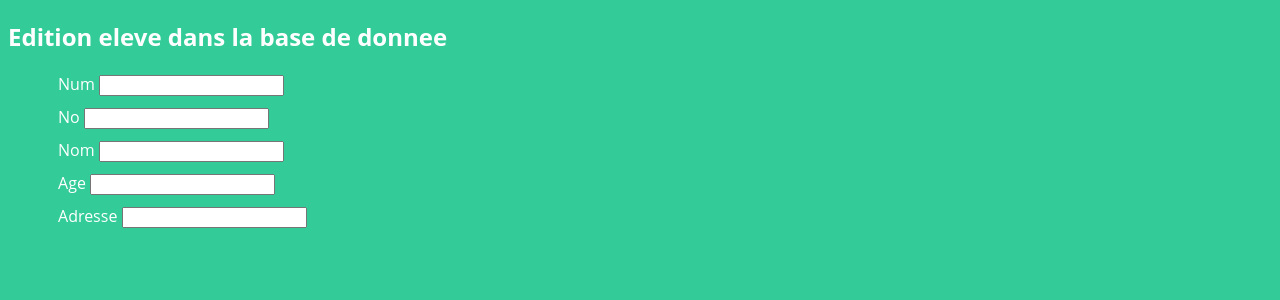
Repository: BlacKKalypso/jee-projet-workspace
Page: http://localhost/InterfaceEcole/views/eleves/edit.jsp
The author's editor kept a copy of each file at every save. The page is drawn from the files as they stood at one save, then again after the next save.
The browser window is 1280 px wide. The pictures show the whole page.
The page is served by Tomcat 9.

Above is the page before, as saved 2019-04-07 15:34:23.

After the next save:
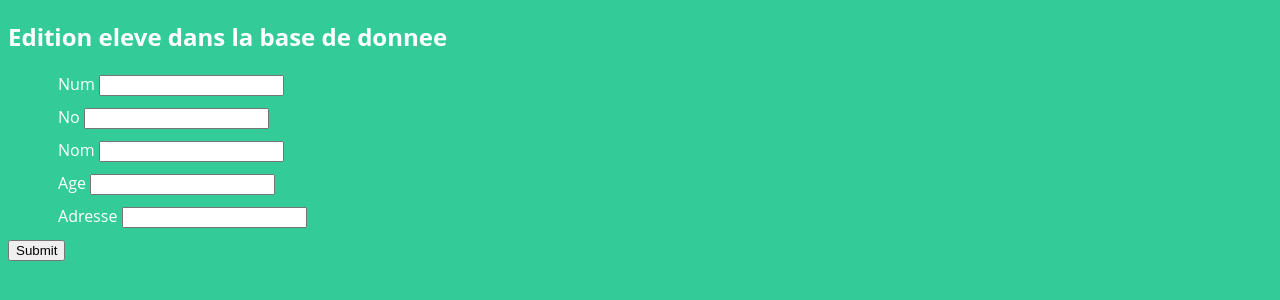
Saved 42 s later.
--- a/InterfaceEcole/WebContent/views/eleves/edit.jsp
+++ b/InterfaceEcole/WebContent/views/eleves/edit.jsp
@@ -48,6 +48,7 @@ margin: 10px 50px;
 <label for="name">Adresse</label>
 <input type="text" name="num" id="num" value="" required/>
 </div>
+<input type="submit" class="btn btn-primary"/>
 </form>
 </body>
 </html>
